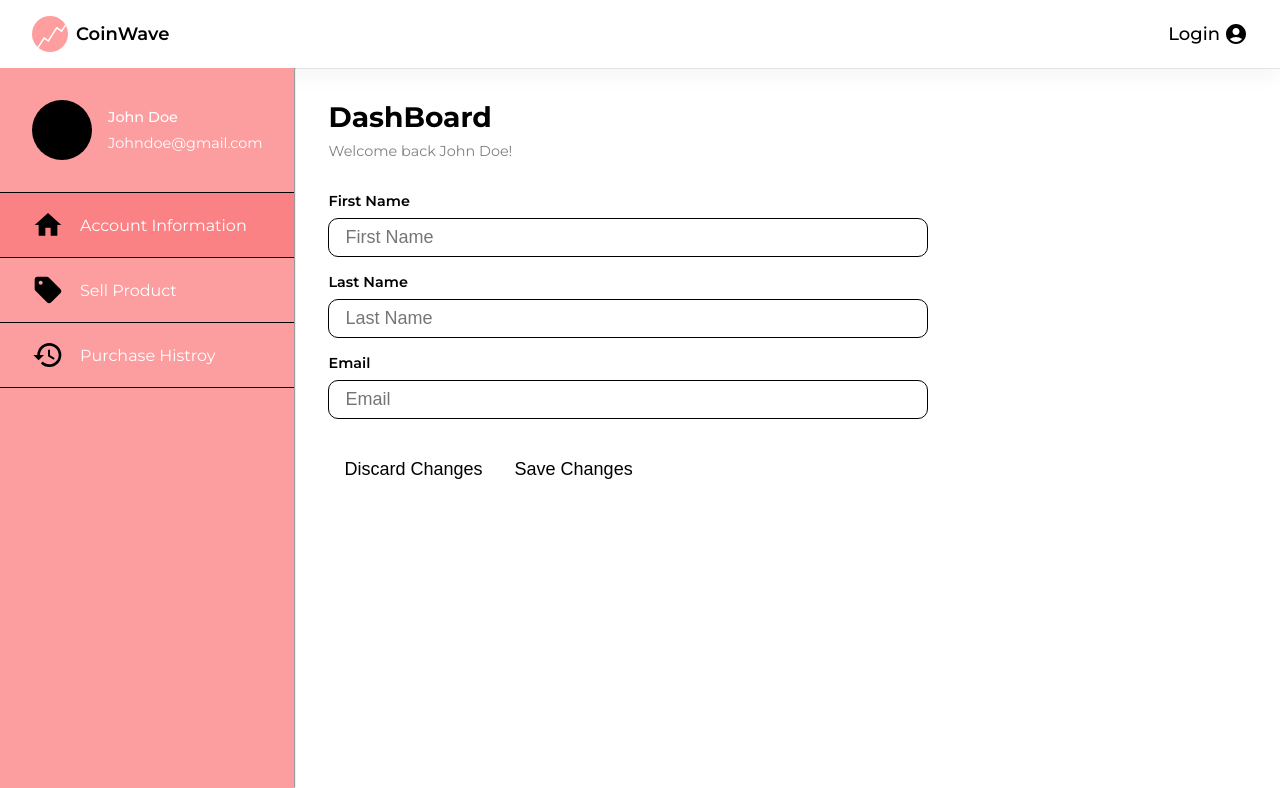
Repository: David-Waite/CoinWave
Page: /account
These files come from the project's save history. The page is drawn as it stood at one moment and after the next save; the edit follows.
The browser window is 1280 px wide. The pictures show the whole page.
The project was rebuilt for these pictures with package versions that can differ from the ones it lists, and the page was loaded fresh each time. The framework's server and built-in components were replaced by stand-ins that run in the browser. Also part of the build but not shown: next.config.js, app/components/account/SellProduct/SellProduct.js, app/components/account/PurchaseHistory/PurchaseHistory.js.

Above is the page before, as saved 2023-08-16 11:20:42.

After the next save:
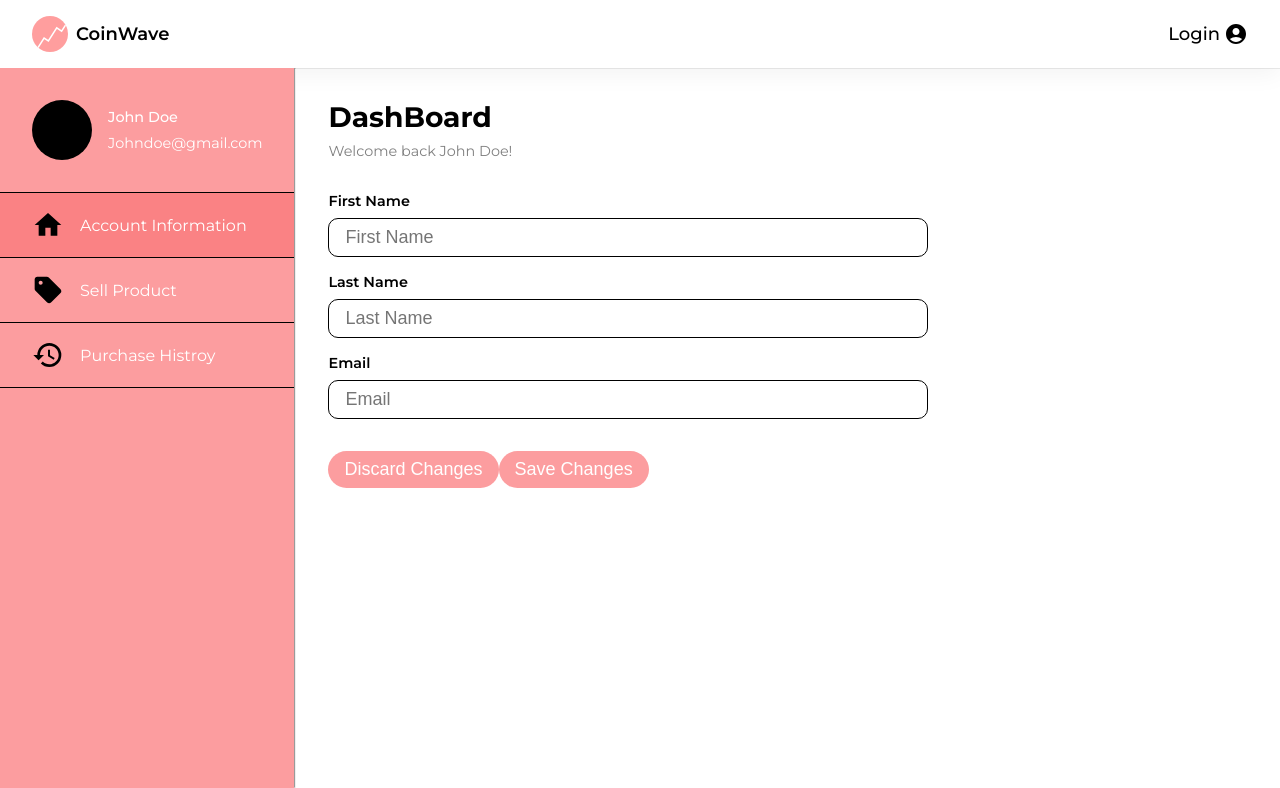
Saved 9 s later.
--- a/app/components/account/AccountInfomation/accountInformation.module.css
+++ b/app/components/account/AccountInfomation/accountInformation.module.css
@@ -45,7 +45,7 @@
 .discardChanges,
 .saveChanges {
   background-color: var(--primary);
-  background-color: white;
+  color: white;
   border: none;
   padding: 8px 16px;
   border-radius: 50px;
